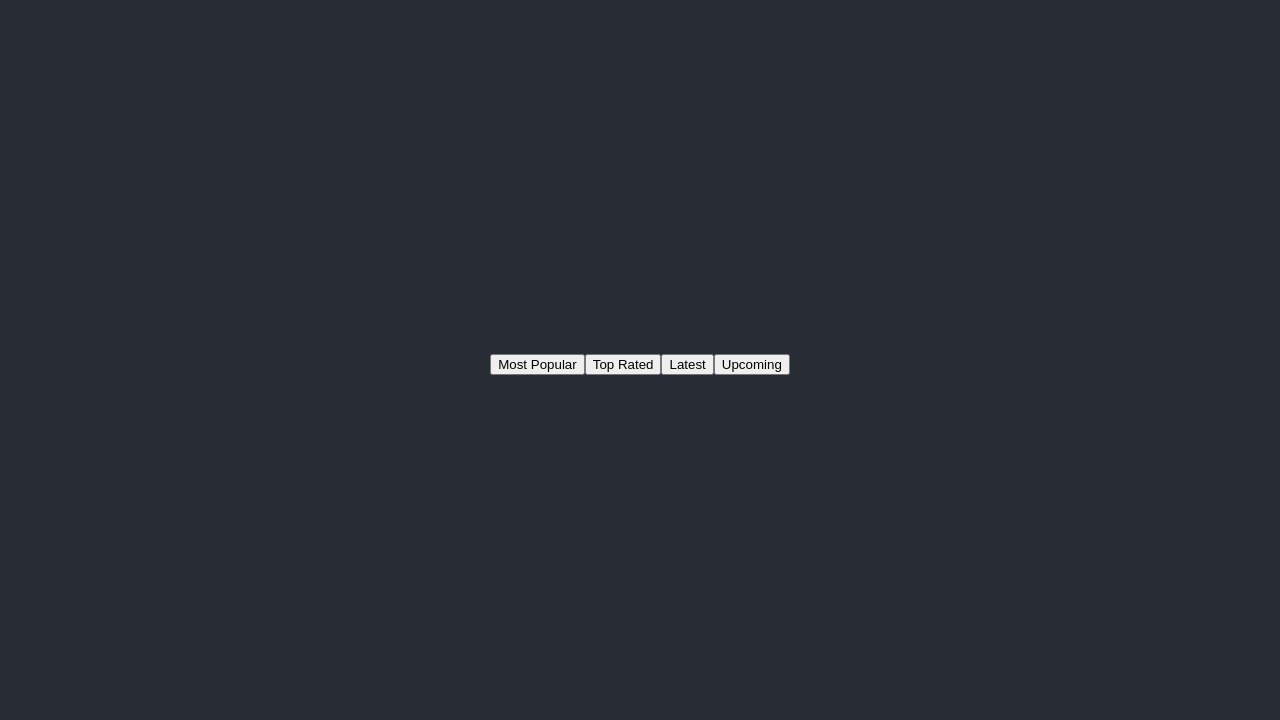
Repository: chaampavictor/moviedbapi
Page: /
The author's editor kept a copy of each file at every save. The page is drawn from the files as they stood at one save, then again after a run of saves.
The browser window is 1280 px wide. The pictures show the whole page.
The page's requests for data from a server got no answer. The project was rebuilt for these pictures with package versions that can differ from the ones it lists, and the page was loaded fresh each time. No one was signed in, and anything a server would have sent is missing.

Above is the page before, as saved 2022-01-12 21:24:23.

### src/App.js
import React, { useEffect, useState } from "react";
import axios from "axios";
import "./App.css";

const api_key = "872c70d736d1ef4484522f734137927d";
const BASE_URL = "https://api.themoviedb.org/3";
const getImage = (path) => `https://image.tmdb.org/t/p/w300/${path}`;

function App() {
  const [data, setData] = useState([]);

  const api = axios.create({ baseURL: BASE_URL });

  const getUpcoming = api.get("/movie/popular", { params: { api_key } });

  useEffect(() => {
    getUpcoming.then((res) => {
      setData(res.data.results);
    });
  }, [getUpcoming]);

  return (
    <div className="App">
      <header className="App-header">
        <div className="grid">
          <button>Most Popular</button>
          <button>Top Rated</button>
          <button> Latest</button>
          <button> Upcoming</button>
        </div>

        <div className="grid">
          {data.map((movie) => (
            <div className="item">
              <img src={getImage(movie.poster_path)} alt="poster" />
              <p>{movie.original_title}</p>
            </div>
          ))}
        </div>
      </header>
    </div>
  );
}

export default App;

Loaded but not shown: public/index.html (common file); src/index.js (common file); src/index.css (common file); src/reportWebVitals.js (common file); src/App.css (common file)

After the next 2 saves:
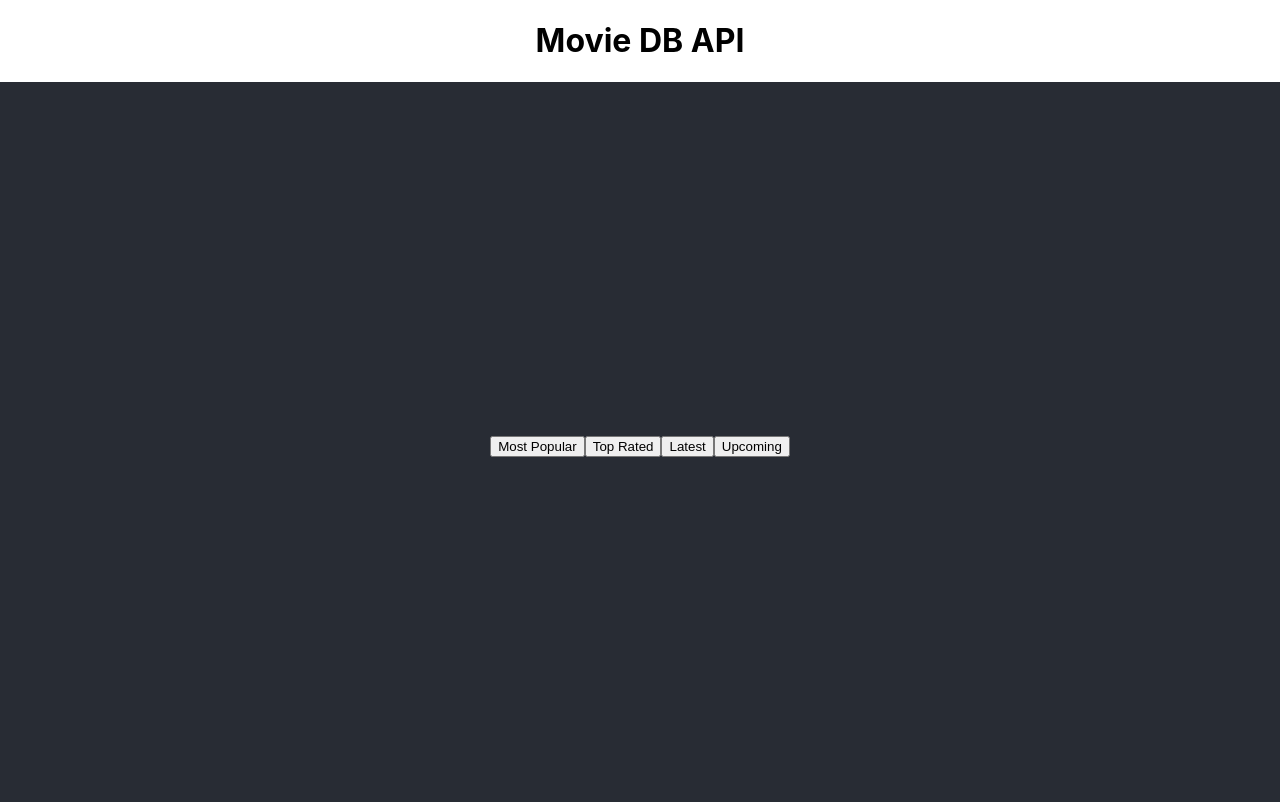
The 2 saves are shown as one change because they came seconds apart.
The last was saved 73 s later.
--- a/src/App.js
+++ b/src/App.js
@@ -21,6 +21,7 @@ function App() {
 
   return (
     <div className="App">
+      <h1>Movie DB API</h1>
       <header className="App-header">
         <div className="grid">
           <button>Most Popular</button>
